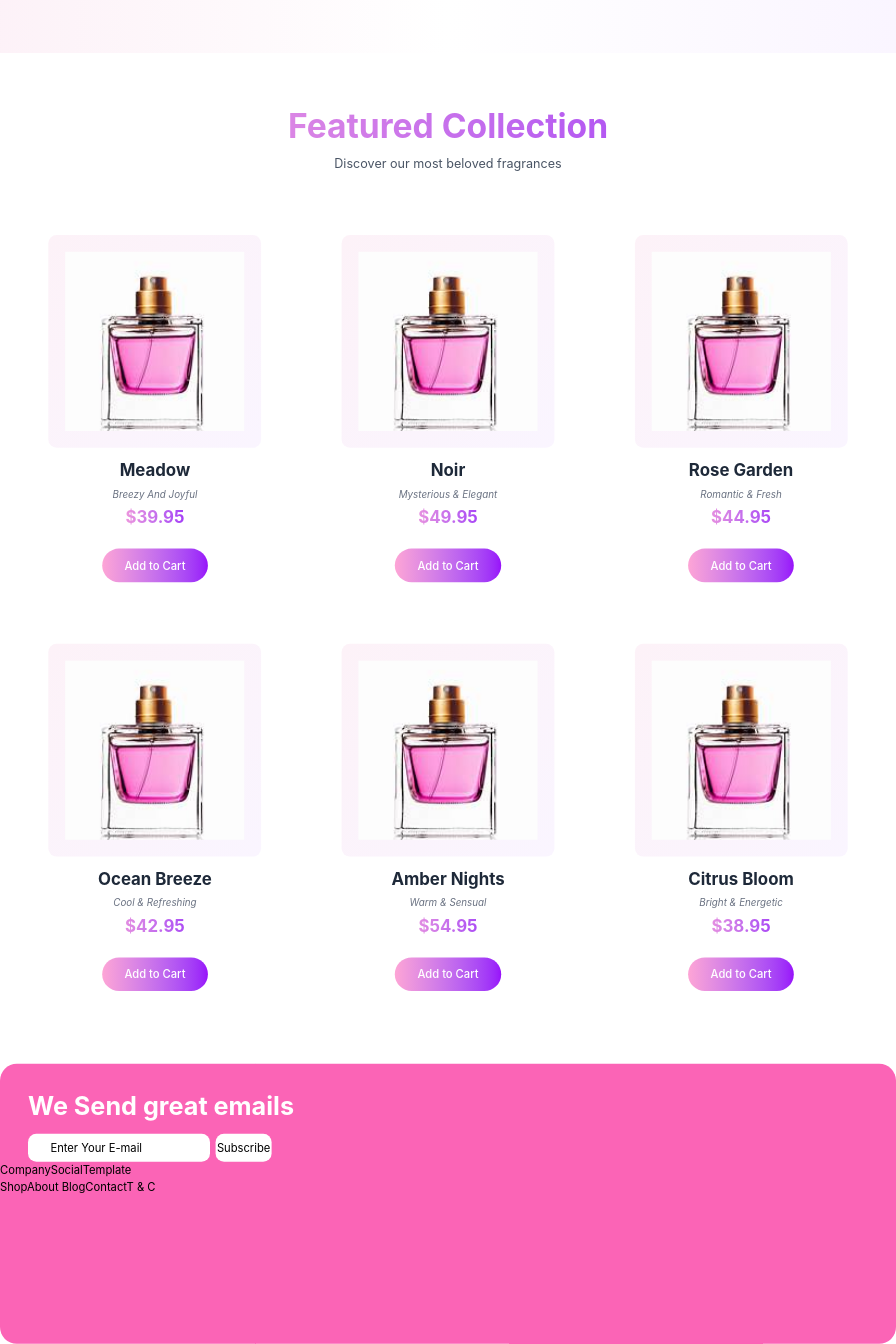
Repository: kiran2k5-ai/E-Commerce-Perfume
Page: /
An editor plug-in stored every save of this project. The page is shown before and after the next save, followed by the edit.
The browser window is 1280 px wide. The pictures show the part of the page from y = 904 to 2824 px (the page is 2824 px tall), at 70% of full size.
The project was rebuilt for these pictures with package versions that can differ from the ones it lists, and the page was loaded fresh each time. Also part of the build but not shown: vite.config.js.

Above is the page before, as saved 2026-02-04 12:49:38.

After the next save:
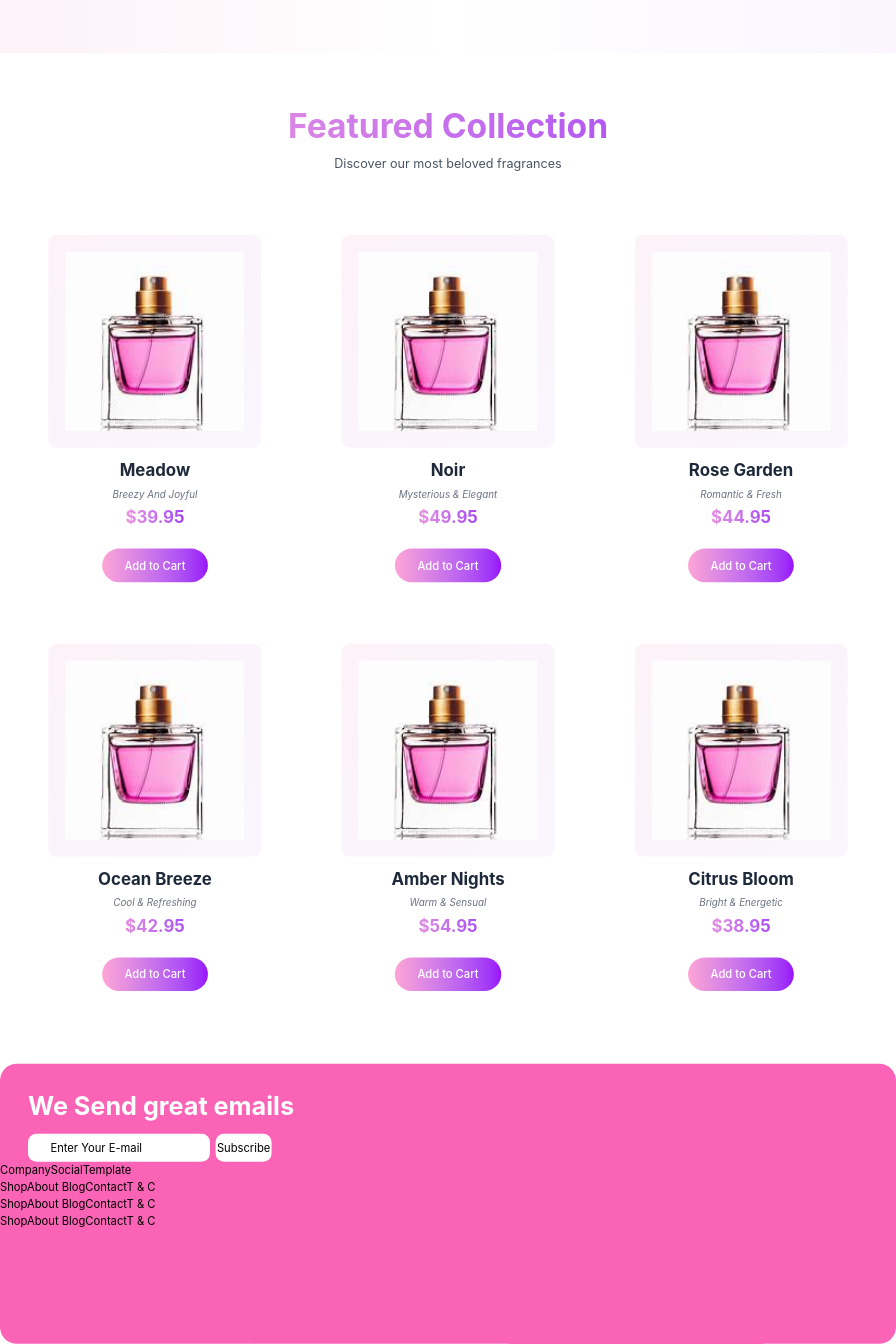
Saved 13 s later.
--- a/src/components/Footer.jsx
+++ b/src/components/Footer.jsx
@@ -25,6 +25,20 @@ const Footer = () => {
                     <a href="">Contact</a>
                     <a href="">T & C</a>
                 </div>
+                <div>
+                    <a href="">Shop</a>
+                    <a href="">About </a>
+                    <a href="">Blog</a>
+                    <a href="">Contact</a>
+                    <a href="">T & C</a>
+                </div>
+                <div>
+                    <a href="">Shop</a>
+                    <a href="">About </a>
+                    <a href="">Blog</a>
+                    <a href="">Contact</a>
+                    <a href="">T & C</a>
+                </div>
             </div>
         </div>
       </div>
